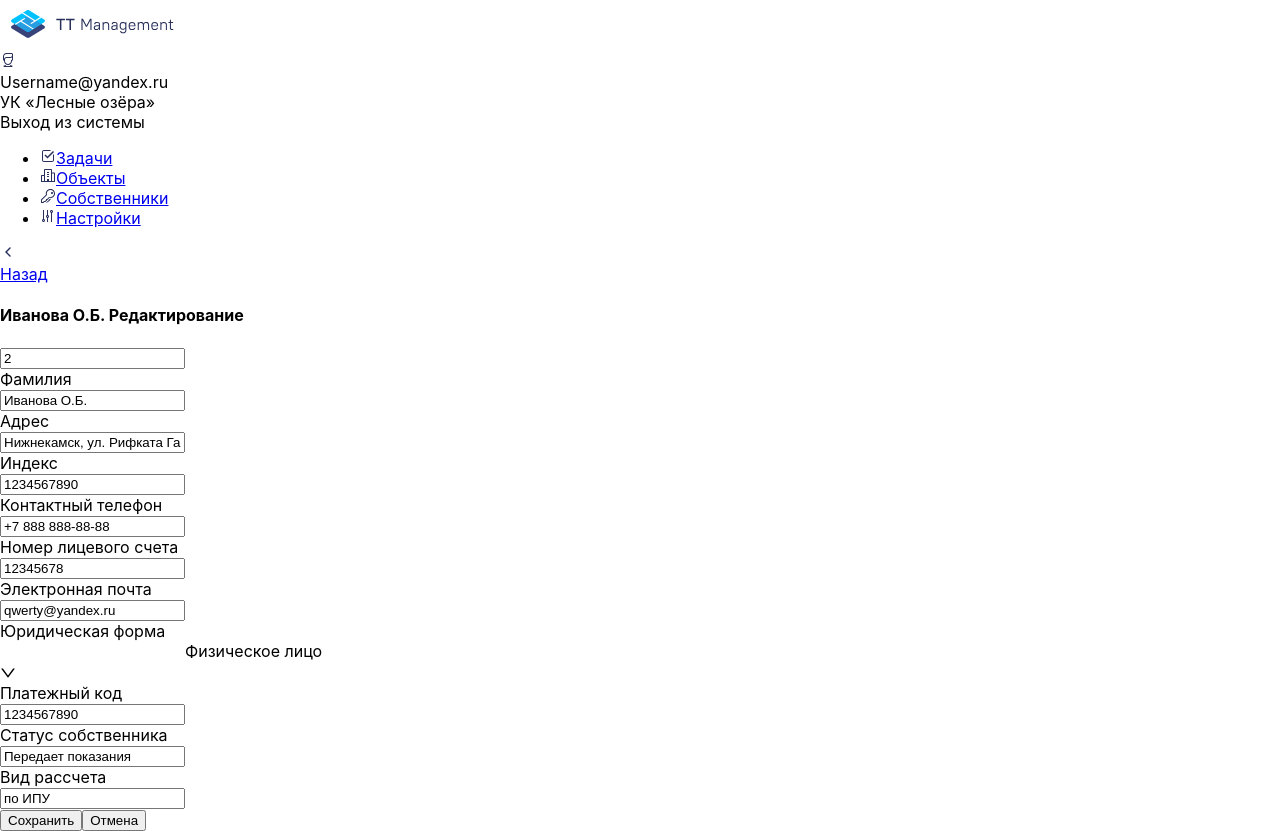
Repository: TryBr/tt-management
Page: /owners/1/edit
The author's editor kept a copy of each file at every save. The page is drawn from the files as they stood at one save, then again after the next save.
The browser window is 1280 px wide. The pictures show the whole page.
The project was rebuilt for these pictures with package versions that can differ from the ones it lists, and the page was loaded fresh each time. Also part of the build but not shown: src/App.css, src/TaskDetail.js, src/Owners.js, src/OwnerDetail.js.

Above is the page before, as saved 2020-07-21 14:15:43.

After the next save:
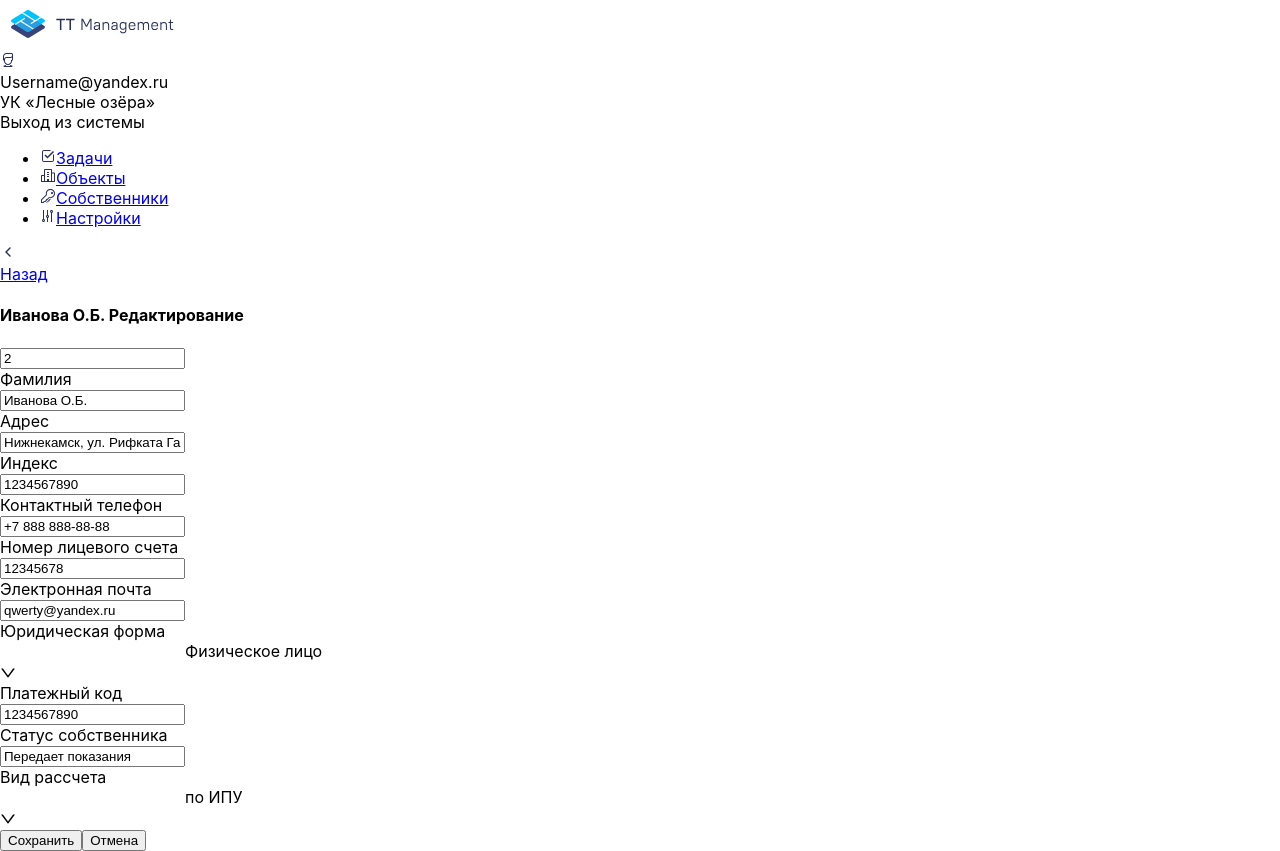
Saved 76 s later.
--- a/src/OwnerEdit.js
+++ b/src/OwnerEdit.js
@@ -77,8 +77,11 @@ const OwnerEdit = ({ owner, onOwnEdit }) => {
                             <Form.Item label="Статус собственника" name="ownStatus" initialValue={owner[id].ownStatus}>
                                 <Input />
                             </Form.Item>
-                            <Form.Item label="Вид рассчета" name="payType" initialValue={owner[id].payType}>
-                                <Input />
+                            <Form.Item label="Вид рассчета" name="payType">
+                                <Select defaultValue={owner[id].payType}>
+                                    <Option value="По ИПу">По ИПу</Option>
+                                    <Option value="Наличные">Наличные</Option>
+                                </Select>
                             </Form.Item>
 
 
